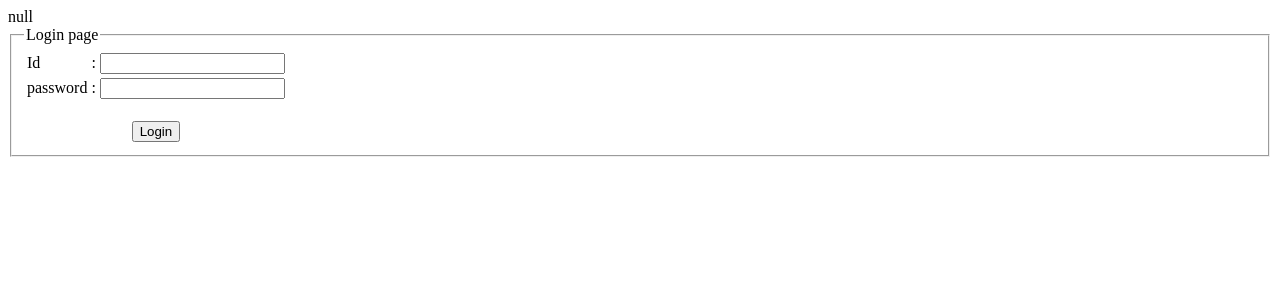
Repository: 81akshucaptain/TY_CG_HTD_BangloreNovember_JFS_AkahaykumarAgasanalli
Page: http://localhost/mywebapp/loginForm
An editor plug-in stored every save of this project. The page is shown before and after the next save, followed by the edit.
The browser window is 1280 px wide. The pictures show the whole page.
The page is served by Tomcat 9.

Above is the page before, as saved 2019-12-17 13:14:14.

After the next save:
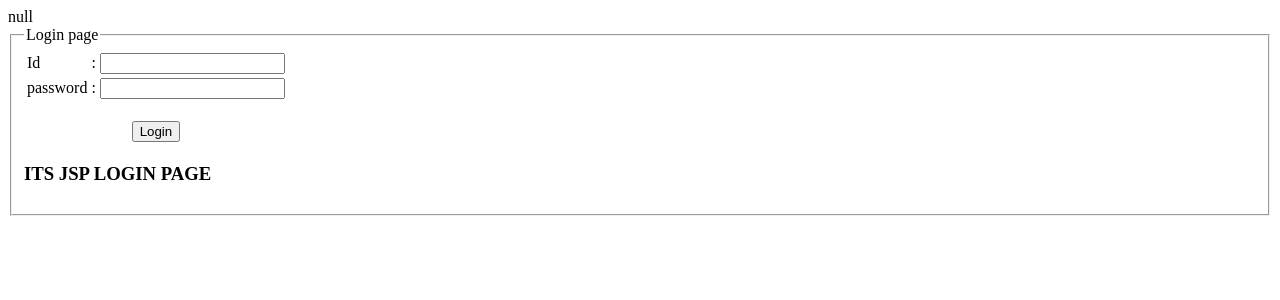
Saved 52 s later.
--- a/Akshay-BACK end codes/Servlet/mywebapp/src/main/webapp/loginFormJsp.jsp
+++ b/Akshay-BACK end codes/Servlet/mywebapp/src/main/webapp/loginFormJsp.jsp
@@ -32,6 +32,7 @@
 						value="Login"></td>
 				</tr>
 			</table>
+			<h3>ITS JSP LOGIN PAGE</h3>
 		</form>
 	</fieldset>
 
